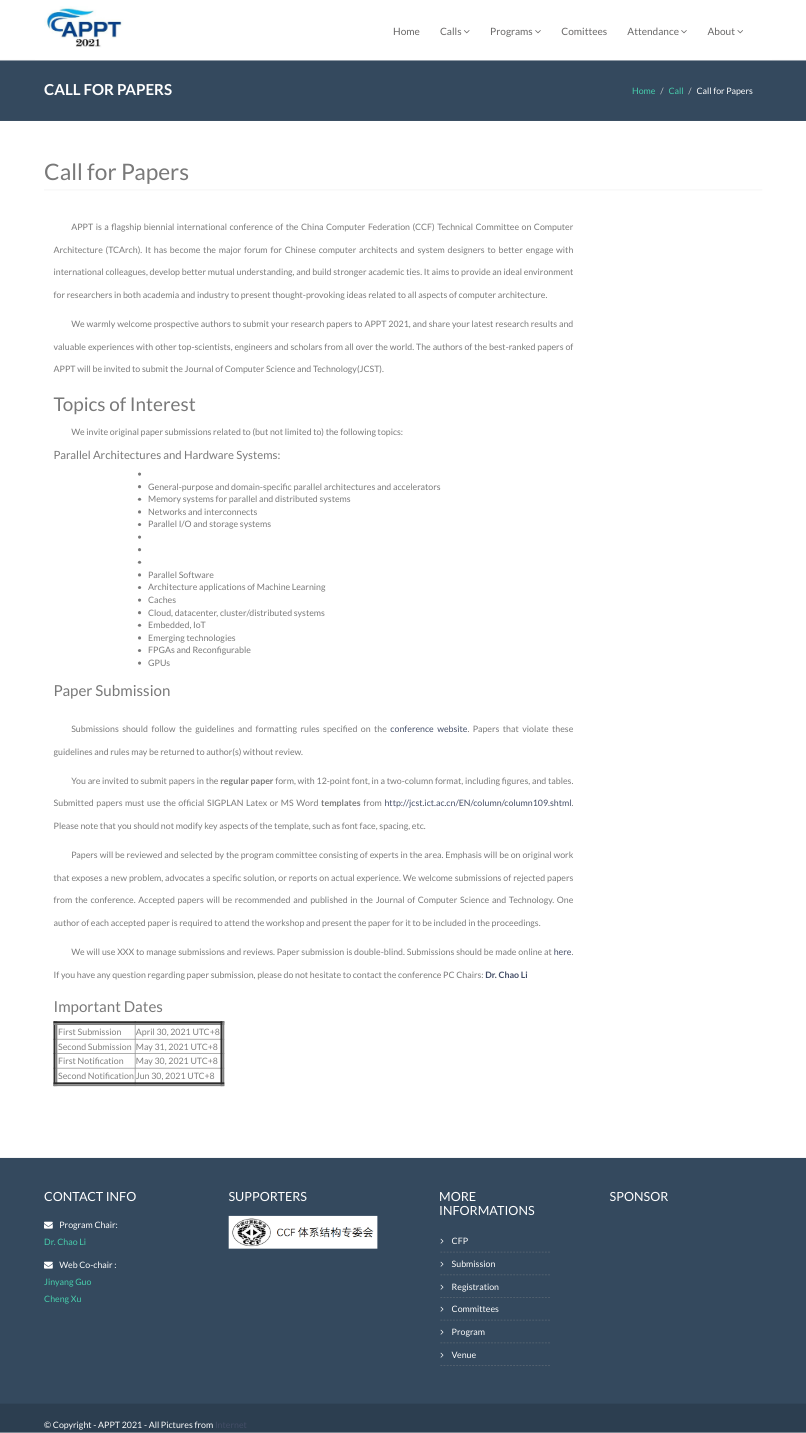
Repository: APPT2021/APPT2021.github.io
Page: call-papers.html
An editor plug-in stored every save of this project. The page is shown before and after a run of saves, followed by the edit.
The browser window is 1280 px wide. The pictures show the whole page, at 63% of full size.

Above is the page before, as saved 2021-03-25 00:27:04.
Console error: ReferenceError: jQuery is not defined

After the next 4 saves:
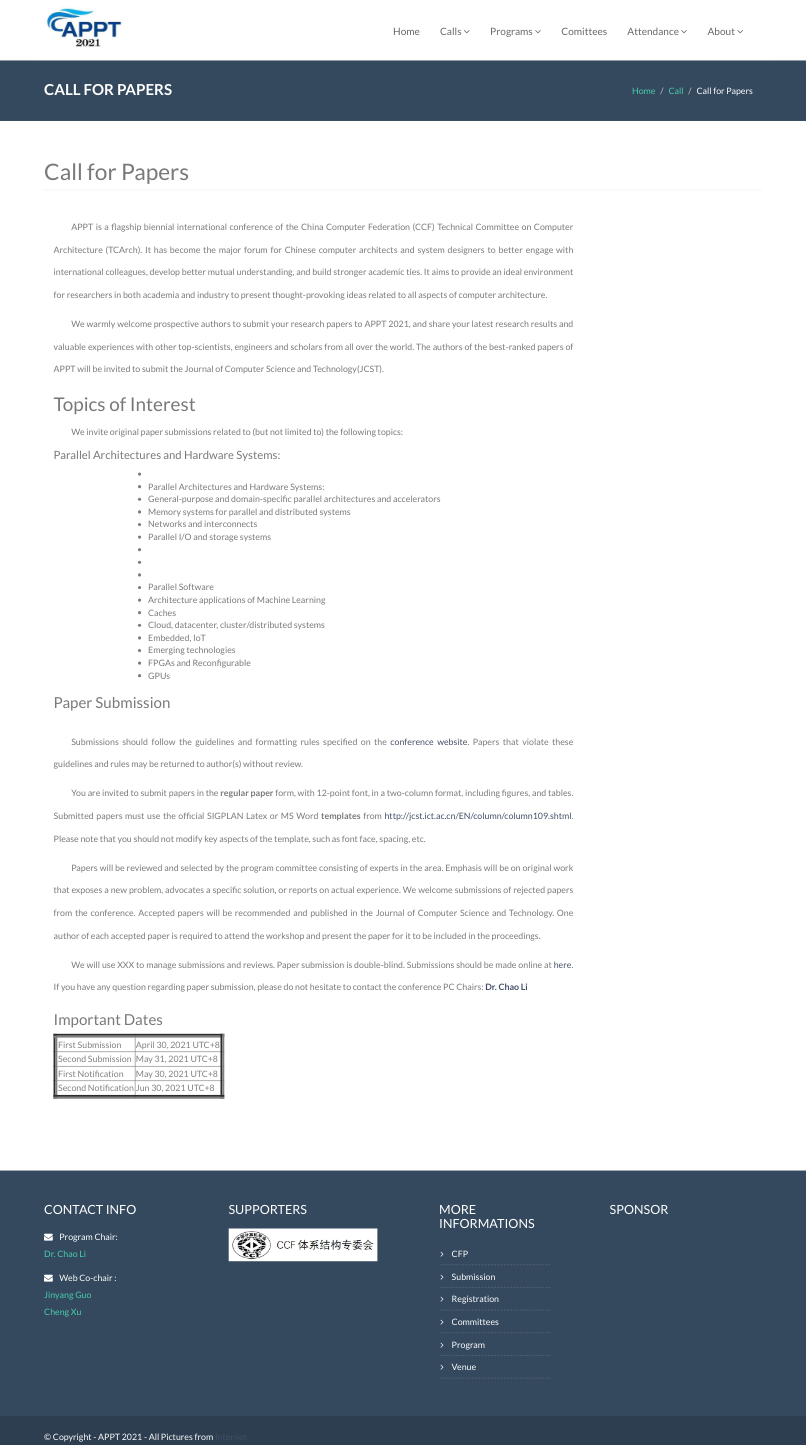
The 4 saves are shown as one change because they came seconds apart.
The last was saved 90 s later.
--- a/call-papers.html
+++ b/call-papers.html
@@ -90,7 +90,7 @@
 		<h4>Parallel Architectures and Hardware Systems:</h4>
 		<ul style="margin-left: 150px;">
 			<li style=" text-align: justify;">
-
+			<li>Parallel Architectures and Hardware Systems:</li>
 
 				<li>General-purpose and domain-specific parallel architectures and accelerators</li>
 				<li>Memory systems for parallel and distributed systems</li>
